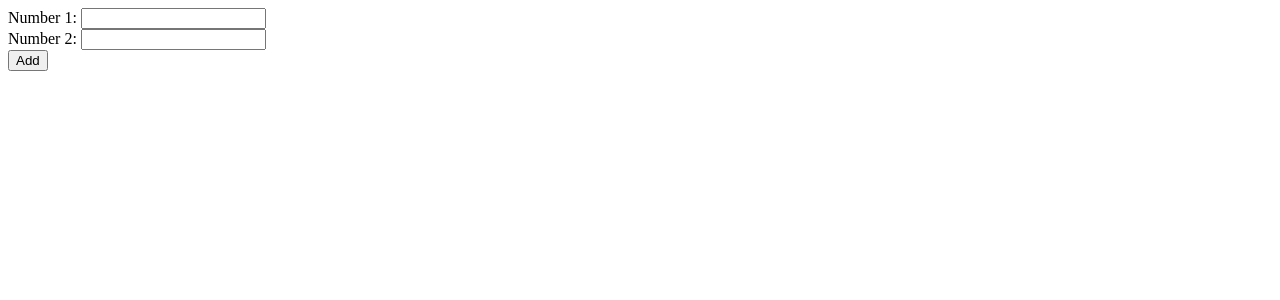
Repository: mittalvaibhav1/java-web
Page: Servlets/ServletApp/WebContent/index.html
An editor plug-in stored every save of this project. The page is shown before and after the next save, followed by the edit.
The browser window is 1280 px wide. The pictures show the whole page.

Above is the page before, as saved 2021-05-11 04:49:30.

### Servlets/ServletApp/WebContent/index.html
<!DOCTYPE html>
<html>
<head>
	<meta charset="UTF-8">
	<title>Servlet App</title>
</head>
<body>
	<form action="add">
		<label> Number 1: </label><input type="text" name="num1" /> <br />
		<label> Number 2: </label><input type="text" name="num2" /> <br />
		<input type="submit" value="Add" />
	</form>
</body>
</html>

After the next save:
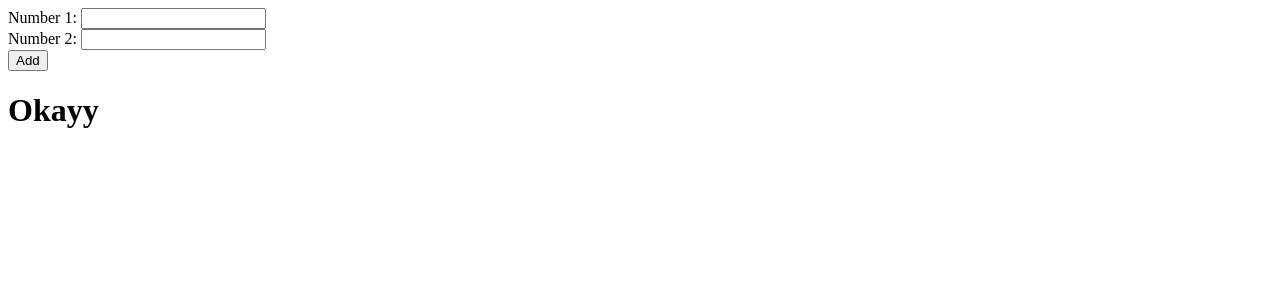
Saved 2 min 57 s later.
--- a/Servlets/ServletApp/WebContent/index.html
+++ b/Servlets/ServletApp/WebContent/index.html
@@ -10,5 +10,6 @@
 		<label> Number 2: </label><input type="text" name="num2" /> <br />
 		<input type="submit" value="Add" />
 	</form>
+	<h1> Okayy</h1>
 </body>
 </html>
